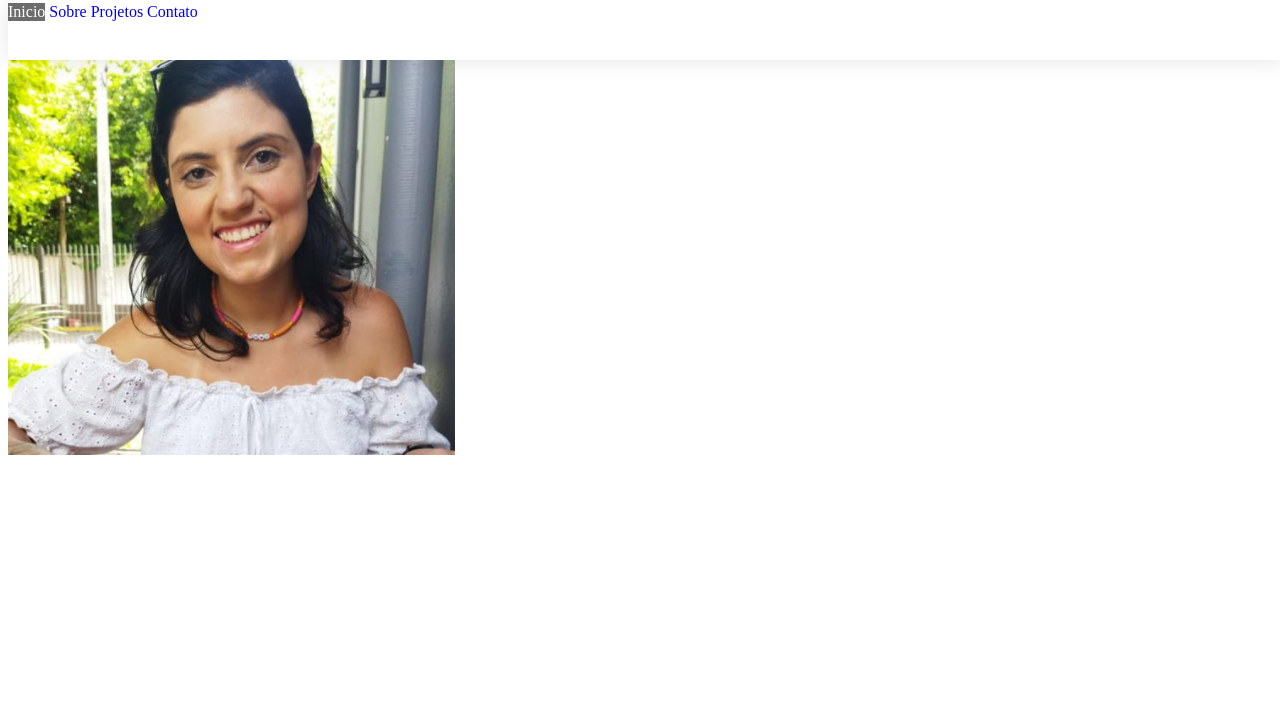
Repository: carla-seltenreich/portfolio
Page: index.html
These files come from the project's save history. The page is drawn as it stood at one moment and after the next save; the edit follows.
The browser window is 1280 px wide. The pictures show the whole page.

Above is the page before, as saved 2022-05-23 16:57:09.

### index.html
<!DOCTYPE html>
<html lang="en">
<head>
    <meta charset="UTF-8">
    <meta http-equiv="X-UA-Compatible" content="IE=edge">
    <meta name="viewport" content="width=device-width, initial-scale=1.0">
    <title>Carla Cristina Seltenreich</title>
    <link rel="preconnect" href="https://fonts.googleapis.com">
    <link rel="preconnect" href="https://fonts.gstatic.com" crossorigin>
    <link rel="stylesheet" href="style.css">

    <link href="preconnect" href="https://fonts.googleapis.com">
    <link rel="preconnect" href="https://fonts.gstatic.com" crossorigin>
    <link href="https://fonts.googleapis.com/css2?family=IBM+Plex+Mono:wght@100&family=Questrial&display=swap" rel="stylesheet">
</head>
<body>
    <header class="header">
        <div class="container">
            <ul class="nav">
                <li>
                    <a href="index.html" class="active">Inicio</a>
                </li>
                <li>
                    <a href="about.html">Sobre</a>
                </li>
                <li>
                    <a href="project.html">Projetos</a>
                </li>
                <li>
                    <a href="contact.html">Contato</a>
                </li>
            </ul>
        </div>

    </header>
    <section class="banner">
        <img class="photo-banner" src="carla.png">

    </section>

</body>
</html>

### style.css
.header {
    height: 60px;
    background: #fff;
    position: fixed;
    width: 100%;
    top: 0;
    z-index: 1;
    box-shadow: 0 0 25px rgba(0, 0, 0, 0.1);
}

.container {
    box-sizing: border-box;
    position: absolute;
    left: 0%;
    right: 0%;
    top: 5.26%;
    bottom: 0%;
}
.nav {
    margin: 0;
    padding: 0;
    list-style: none;
}
.nav li {
    display: inline-block;
}
.nav a {
    display: block;
    text-decoration: none;
}
.nav a:hover {
    color: #6C6C6C;
}
.nav a.active {
    color: #fff;
    background: #6C6C6C;
}

After the next save:
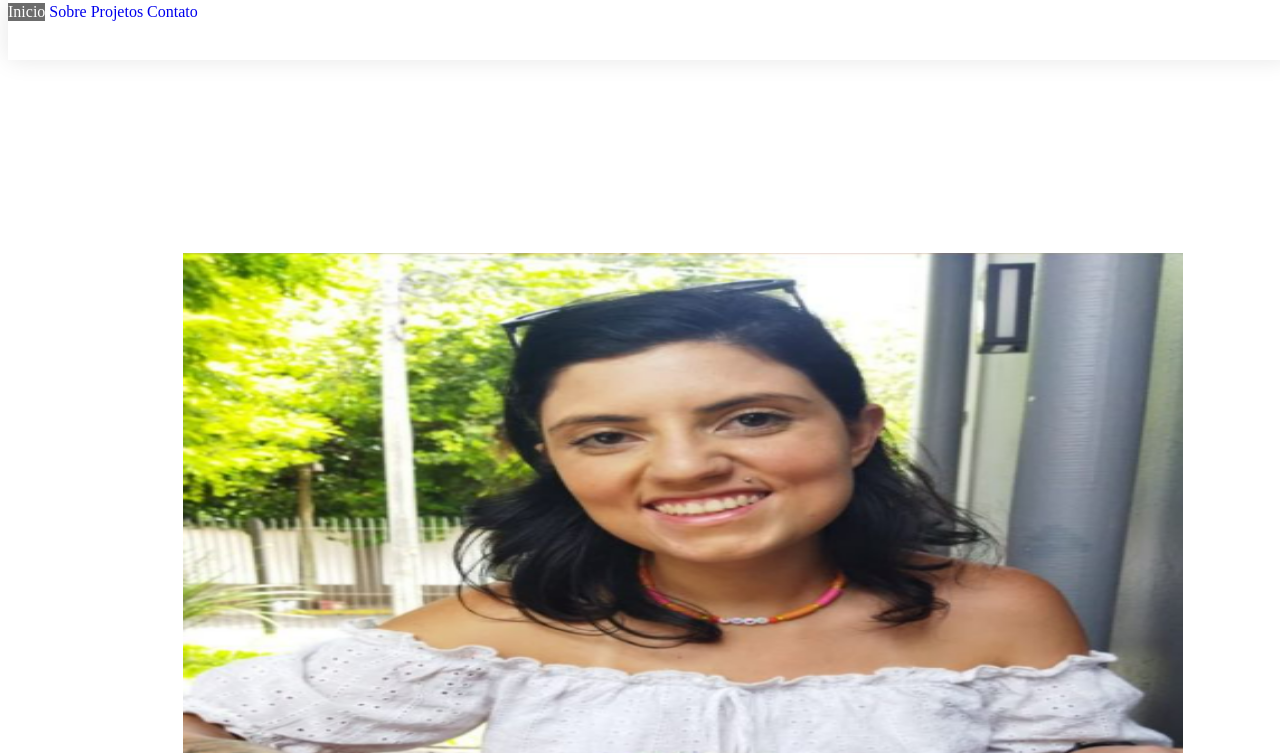
Saved 56 s later.
--- a/style.css
+++ b/style.css
@@ -35,3 +35,14 @@
     color: #fff;
     background: #6C6C6C;
 }
+
+.banner {
+
+}
+.photo-banner {
+    position: absolute;
+width: 1000px;
+height: 500px;
+left: 183px;
+top: 253px;
+}
